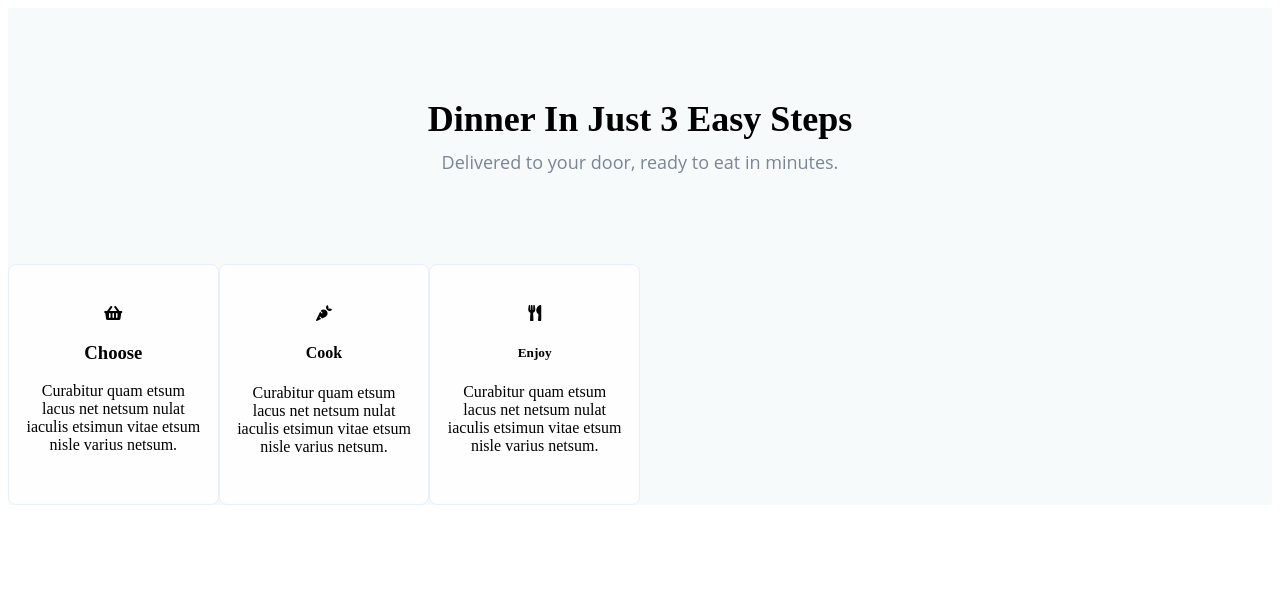
Repository: ST-United-Internship/leadpage
Page: wrapper-UI.html
An editor plug-in stored every save of this project. The page is shown before and after the next save, followed by the edit.
The browser window is 1280 px wide. The pictures show the whole page.

Above is the page before, as saved 2023-03-15 13:53:50.

After the next save:
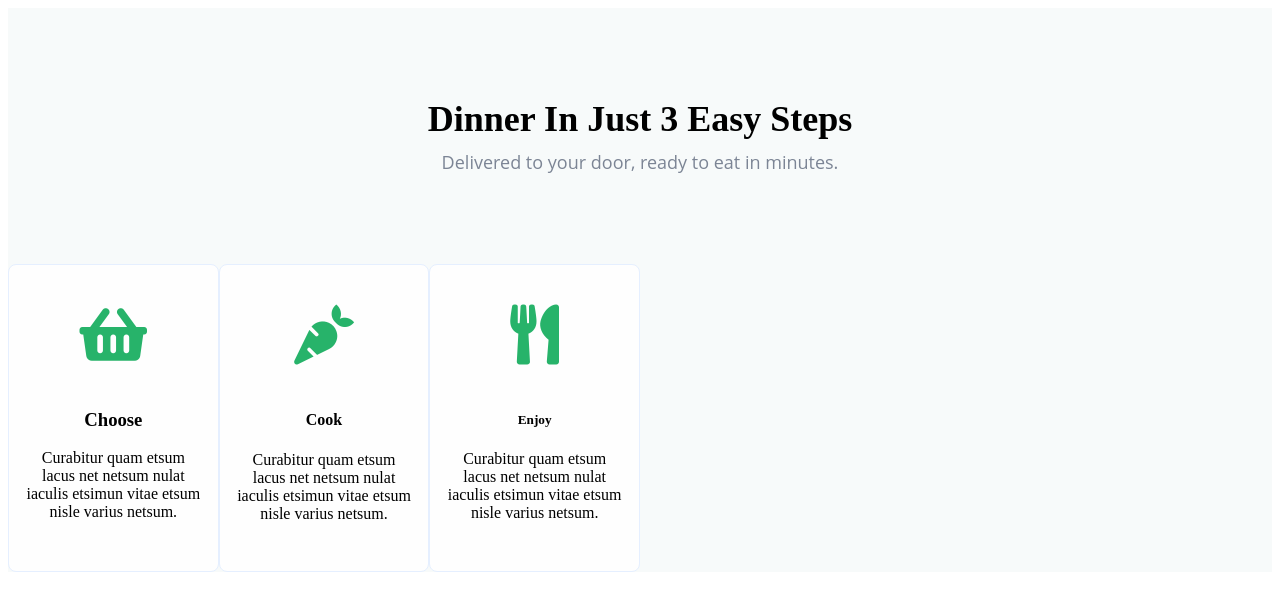
Saved 38 s later.
--- a/css/wrapper-UI.css
+++ b/css/wrapper-UI.css
@@ -64,3 +64,9 @@
     border: 1px solid #27b36a;
     transform: scale(1.05, 1.05);
 }
+
+.about .card-container .card-title .card-wrapper i{
+    margin-bottom: 25px;
+    font-size: 60px;
+    color: #27b36a;
+}
